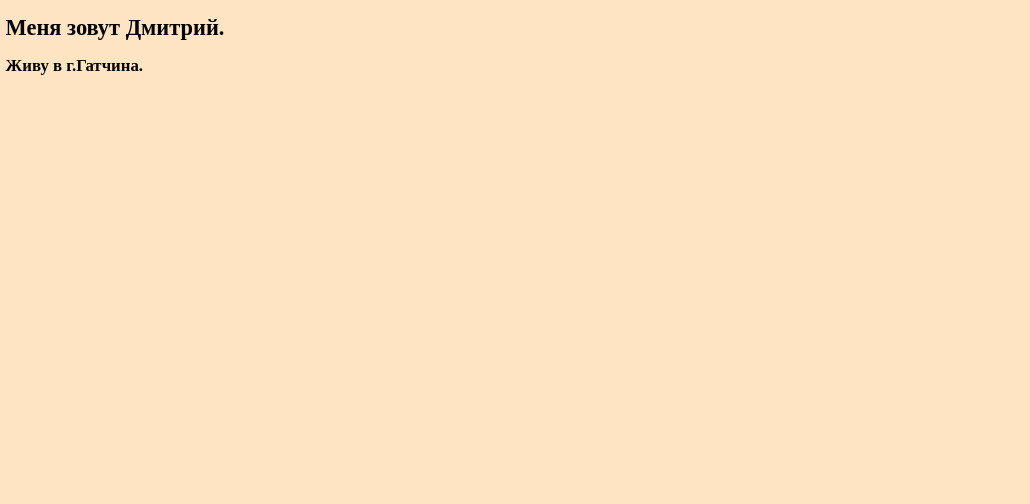
Repository: KoltsovDmitriy/Portfolio
Page: index.html
An editor plug-in stored every save of this project. The page is shown before and after the next save, followed by the edit.
The browser window is 1280 px wide. The page is 1280 px wide, then 1471 px, then 1280 px, so the pictures cover 1471 px, including what lies to the right of the window. The pictures show the part of the page from y = 0 to 1680 px (the page is 720 px tall before and 2372 px after), at 70% of full size.

Above is the page before, as saved 2023-03-10 10:18:40.

### index.html
<!DOCTYPE html>
<html lang="en">
<head>
    <meta charset="UTF-8">
    <meta http-equiv="X-UA-Compatible" content="IE=edge">
    <meta name="viewport" content="width=device-width, initial-scale=1.0">
    <title>Frontend</title>
    <link rel="stylesheet" href="./style.css">
</head>
<body>
    <h1 class="intro_title">Меня зовут Дмитрий.</h1>
    <h2 class="text">Живу в г.Гатчина.</h2>
</body>
</html>

### style.css
body{
    font-style: normal;
    font-size: 16px;
    font-weight: normal;
    background-color: bisque;
}

After the next save:
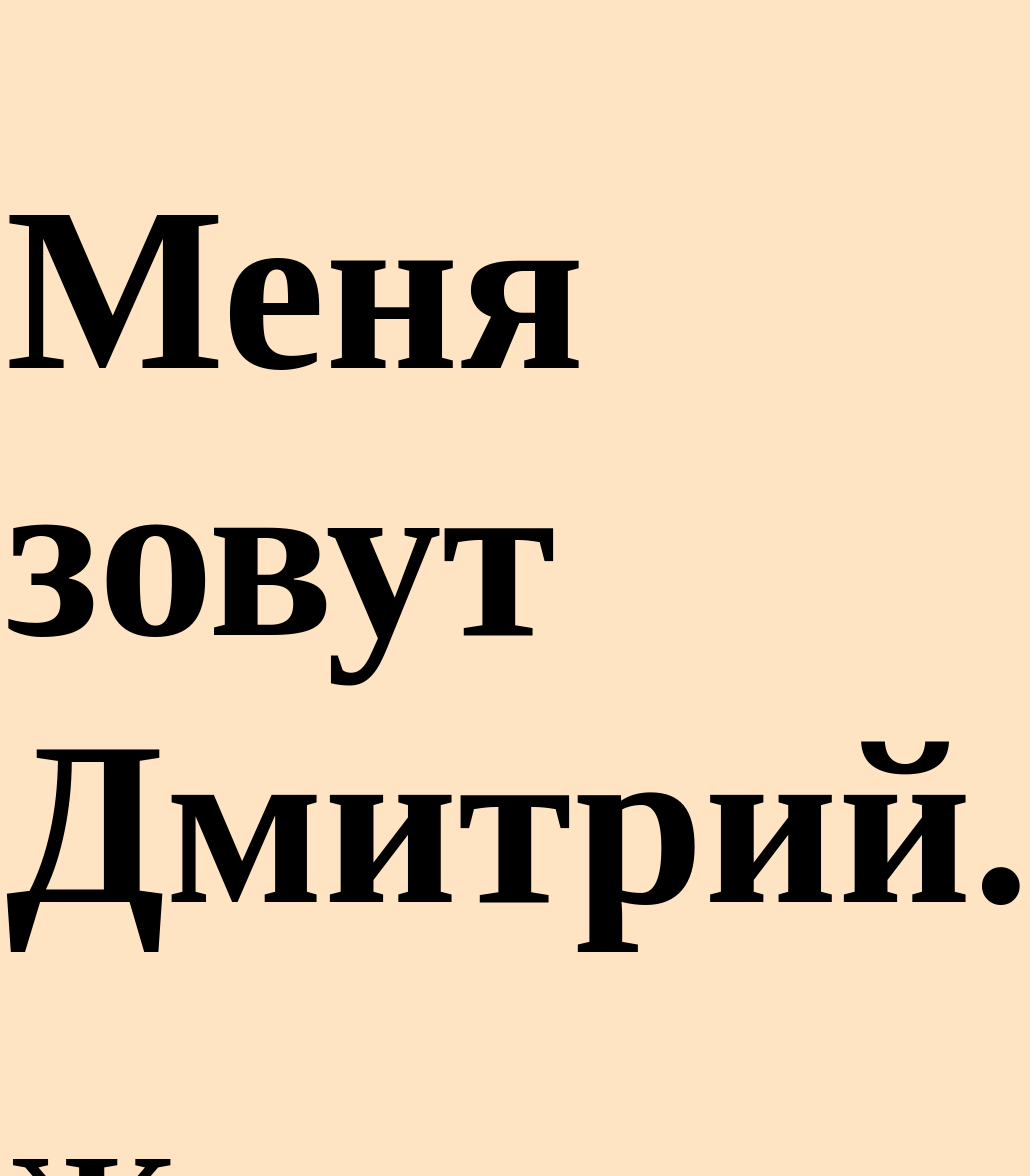
Saved 10 s later.
--- a/style.css
+++ b/style.css
@@ -1,6 +1,6 @@
 body{
     font-style: normal;
-    font-size: 16px;
+    font-size: 166px;
     font-weight: normal;
     background-color: bisque;
 }

After the save that followed:
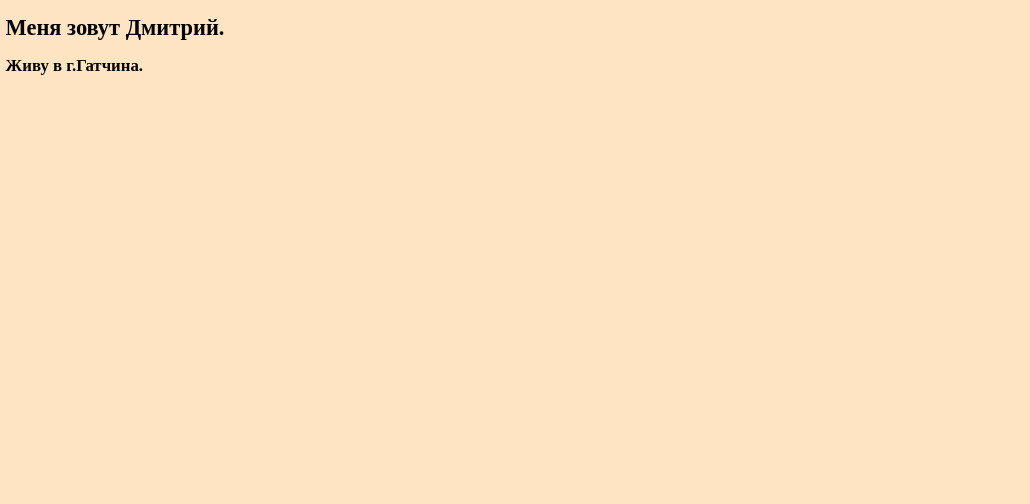
Saved 6 s later.
--- a/style.css
+++ b/style.css
@@ -1,6 +1,6 @@
 body{
     font-style: normal;
-    font-size: 166px;
+    font-size: 16px;
     font-weight: normal;
     background-color: bisque;
 }
